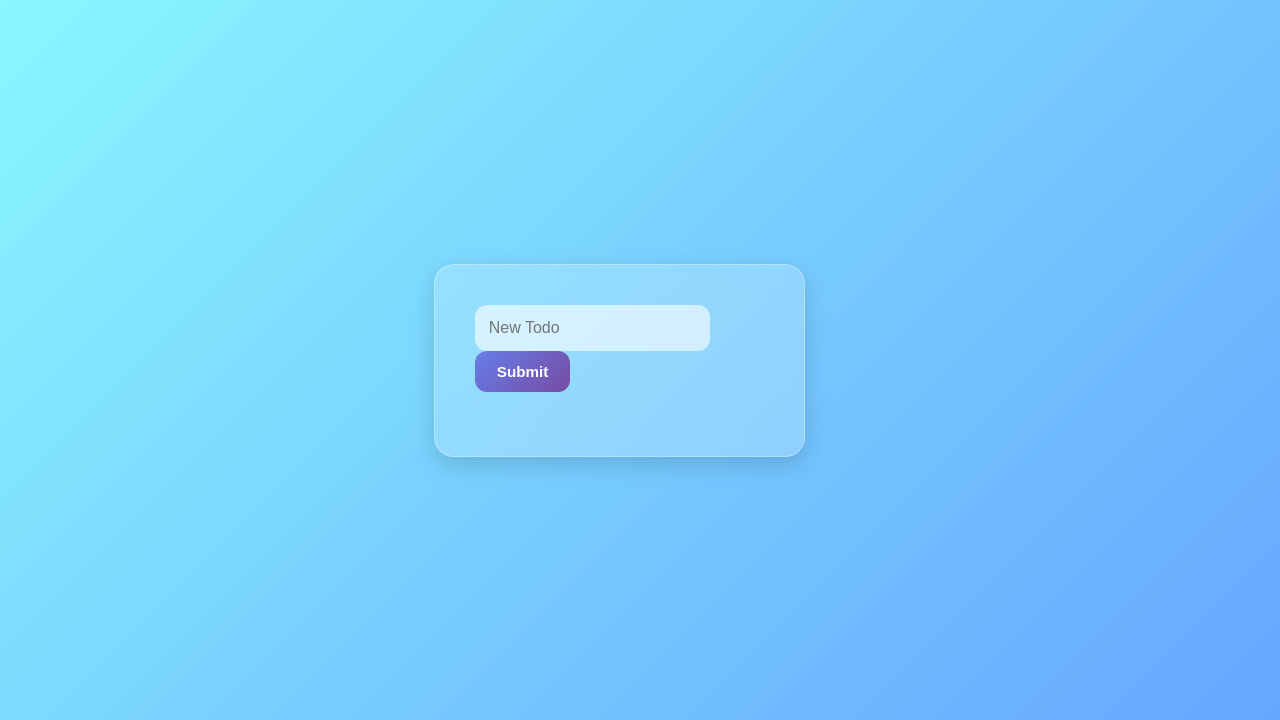
Repository: Subhadeep2609/Todo_React
Page: /
These files come from the project's save history. The page is drawn as it stood at one moment and after the next save; the edit follows.
The browser window is 1280 px wide. The pictures show the whole page.
The project was rebuilt for these pictures with package versions that can differ from the ones it lists, and the page was loaded fresh each time. Also part of the build but not shown: vite.config.js.

Above is the page before, as saved 2025-09-04 13:43:40.

### src/index.css
/* Reset */
* {
  padding: 0;
  margin: 0;
  box-sizing: border-box;
}

body {
  background: linear-gradient(135deg, #89f7fe, #66a6ff);
  height: 100vh;
  display: flex;
  justify-content: center;
  align-items: center;
  font-family: "Poppins", sans-serif;
  overflow-x: hidden;
}

/* Glassmorphism Container */
.container {
  background: rgba(255, 255, 255, 0.2);
  backdrop-filter: blur(15px);
  padding: 40px;
  border-radius: 20px;
  box-shadow: 0 8px 25px rgba(0, 0, 0, 0.15);
  min-width: 350px;
  max-width: 600px;
  width: 90%;
  transition: transform 0.3s ease;
  border: 1px solid rgba(255, 255, 255, 0.3);
}

.container:hover {
  transform: translateY(-8px);
}

/* Input + Button Wrapper */
.input-group {
  display: flex;
  gap: 10px;
  flex-wrap: nowrap;
  margin-bottom: 20px;
}

/* Input */
input {
  flex: 1;
  padding: 14px;
  border: none;
  outline: none;
  background: rgba(255, 255, 255, 0.6);
  border-radius: 12px;
  transition: all 0.3s ease;
  font-size: 1rem;
}

input:focus {
  background: rgba(255, 255, 255, 0.8);
  box-shadow: 0 0 10px rgba(102, 166, 255, 0.7);
}

/* Button */
button {
  border-radius: 12px;
  background: linear-gradient(135deg, #667eea, #764ba2);
  padding: 12px 22px;
  outline: none;
  border: none;
  color: #fff;
  font-weight: 600;
  cursor: pointer;
  transition: all 0.3s ease;
  font-size: 0.95rem;
  white-space: nowrap;
}

button:hover {
  background: linear-gradient(135deg, #764ba2, #667eea);
  transform: scale(1.05);
  box-shadow: 0 4px 12px rgba(118, 75, 162, 0.5);
}

/* Todos List */
.todos-list {
  margin-top: 1.5rem;
  animation: fadeIn 0.6s ease-in-out;
}

/* Todo Item */
.todo {
  list-style: none;
  display: flex;
  justify-content: space-between;
  align-items: center;
  background: rgba(255, 255, 255, 0.25);
  padding: 14px 20px;
  margin: 10px 0;
  border-radius: 14px;
  backdrop-filter: blur(8px);
  box-shadow: 0 4px 15px rgba(0, 0, 0, 0.1);
  animation: slideIn 0.4s ease forwards;
  opacity: 0;
  color: #333;
  font-weight: 500;
}

/* Animations */
@keyframes slideIn {
  from {
    transform: translateY(15px);
    opacity: 0;
  }
  to {
    transform: translateY(0);
    opacity: 1;
  }
}

@keyframes fadeIn {
  from { opacity: 0; }
  to { opacity: 1; }
}

/* Close button */
.close {
  padding: 6px 12px;
  cursor: pointer;
  border-radius: 50%;
  background: #ff4b5c;
  color: white;
  border: none;
  transition: all 0.3s ease;
  font-weight: bold;
}

.close:hover {
  background: #d62839;
  transform: rotate(90deg) scale(1.1);
  box-shadow: 0 4px 10px rgba(255, 75, 92, 0.5);
}

/* Responsive Design */
@media (max-width: 480px) {
  .input-group {
    flex-direction: column;
    gap: 12px;
  }

  button {
    width: 100%;
  }
}

### src/App.jsx
import Todo from "./components/Todo"


function App() {


  return (
    <div>
      <Todo/>
    </div>
  )
}

export default App

### src/components/Todo.jsx
import { useState } from "react";
import "../index.css";

const Todo = () => {
  const [todos, setTodos] = useState([]);
  const [input, setInput] = useState("");

  const handleSubmit = () => {
    if (!input.trim()) return; // prevent empty todo

    setTodos((prev) => [
      ...prev,
      { text: input, id: Date.now() }, // unique id
    ]);
    setInput("");
  };

  const removeTodo = (id) =>
    setTodos((prev) => prev.filter((t) => t.id !== id));

  const handleKeyDown = (e) => {
    if (e.key === "Enter") handleSubmit();
  };

  return (
    <div className="container">
      <input
        type="text"
        placeholder="New Todo"
        value={input}
        onChange={(e) => setInput(e.target.value)}
        onKeyDown={handleKeyDown}
      />

      <button type="button" onClick={handleSubmit}>
        Submit
      </button>

      <ul className="todos-list">
        {todos.map(({ text, id }) => (
          <li className="todo" key={id}>
            <span>{text}</span>
            <button
              type="button"
              className="close"
              onClick={() => removeTodo(id)}
            >
              X
            </button>
          </li>
        ))}
      </ul>
    </div>
  );
};

export default Todo;

Loaded but not shown: index.html (common file); src/main.jsx (common file)

After the next save:
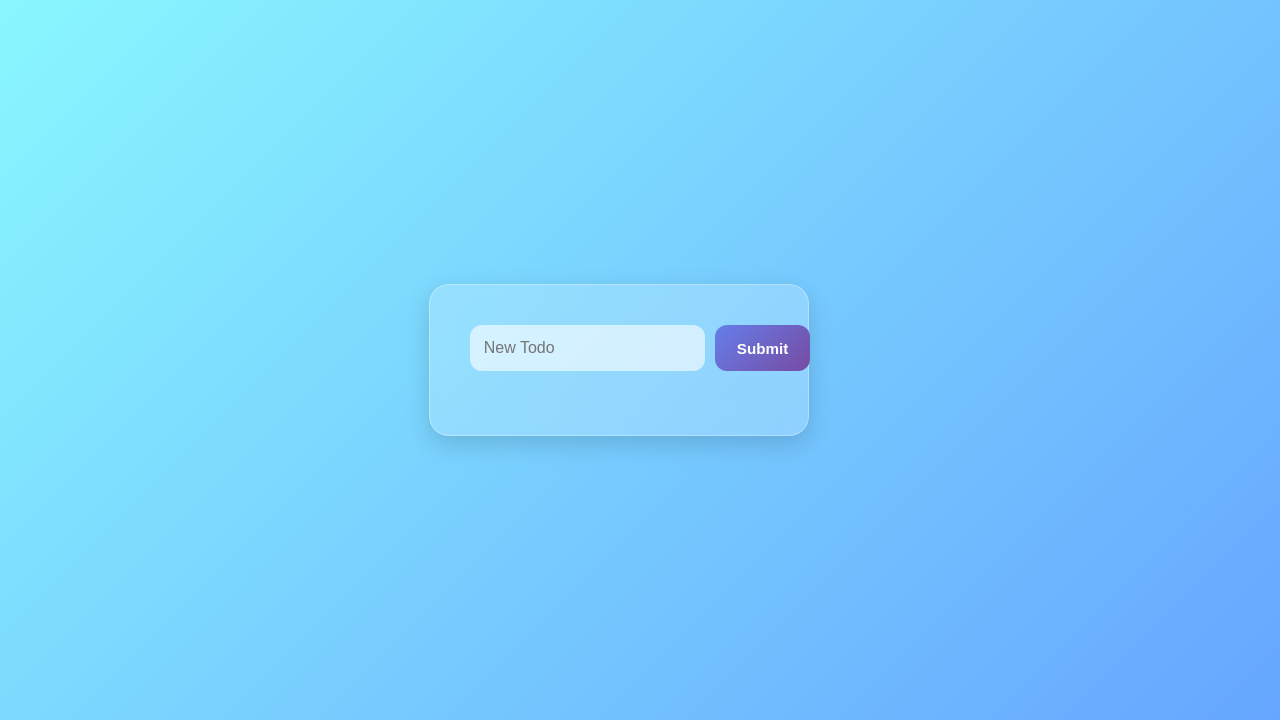
Saved 56 s later.
--- a/src/components/Todo.jsx
+++ b/src/components/Todo.jsx
@@ -5,37 +5,43 @@ const Todo = () => {
   const [todos, setTodos] = useState([]);
   const [input, setInput] = useState("");
 
+  // Add todo
   const handleSubmit = () => {
     if (!input.trim()) return; // prevent empty todo
 
     setTodos((prev) => [
       ...prev,
-      { text: input, id: Date.now() }, // unique id
+      { text: input, id: Date.now() }, // unique ID
     ]);
     setInput("");
   };
 
+  // Remove todo
   const removeTodo = (id) =>
     setTodos((prev) => prev.filter((t) => t.id !== id));
 
+  // Handle Enter key
   const handleKeyDown = (e) => {
     if (e.key === "Enter") handleSubmit();
   };
 
   return (
     <div className="container">
-      <input
-        type="text"
-        placeholder="New Todo"
-        value={input}
-        onChange={(e) => setInput(e.target.value)}
-        onKeyDown={handleKeyDown}
-      />
+      {/* Input + Button */}
+      <div className="input-group">
+        <input
+          type="text"
+          placeholder="New Todo"
+          value={input}
+          onChange={(e) => setInput(e.target.value)}
+          onKeyDown={handleKeyDown}
+        />
+        <button type="button" onClick={handleSubmit}>
+          Submit
+        </button>
+      </div>
 
-      <button type="button" onClick={handleSubmit}>
-        Submit
-      </button>
-
+      {/* Todos List */}
       <ul className="todos-list">
         {todos.map(({ text, id }) => (
           <li className="todo" key={id}>
@@ -45,7 +51,7 @@ const Todo = () => {
               className="close"
               onClick={() => removeTodo(id)}
             >
-              X
+              ✕
             </button>
           </li>
         ))}
